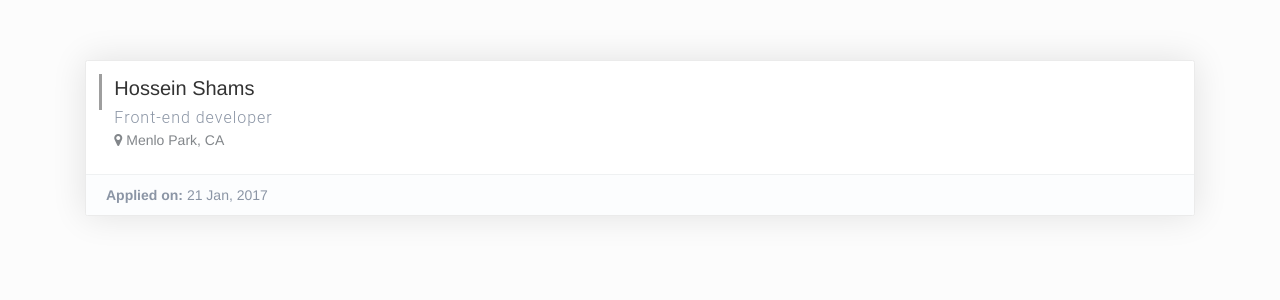
Repository: guddus326/Grass_Farm
Page: http://localhost/Grass_Farm/test.jsp
These files come from the project's save history. The page is drawn as it stood at one moment and after the next save; the edit follows.
The browser window is 1280 px wide. The pictures show the whole page.
Pictures or frames that could not be fetched are drawn as grey boxes. Some web libraries are served in a nearby version. The page is served by Tomcat 9. Other server files are loaded and not shown.

Above is the page before, as saved 2020-10-03 05:50:41.

### Grass_Farm/Grass_Farm/WebContent/test.jsp
<%@ page language="java" contentType="text/html; charset=UTF-8" pageEncoding="UTF-8"%>
<%@ page import="user.UserDAO"%>
<%@ page import="user.User" %>
<%@ page import="java.io.PrintWriter" %>
<%@ page import="java.util.ArrayList" %>
<!-- 자바 클래스 사용 -->
<% request.setCharacterEncoding("UTF-8"); %>
<!-- 한명의 회원정보를 담는 user클래스를 자바 빈즈로 사용 / scope:페이지 현재의 페이지에서만 사용-->
<jsp:useBean id="user" class="user.User" scope="page"/>
<jsp:setProperty property="userName" name="user"/>

<!DOCTYPE html>
<html>
<head>
<meta http-equiv="Content-Type" content="text/html; charset=UTF-8">
<link rel="stylesheet" href="css/bootstrap.min.css">
<link href="https://maxcdn.bootstrapcdn.com/font-awesome/4.3.0/css/font-awesome.min.css" rel="stylesheet">
<title>잔디공작소</title>
<style>
body{
    background:#FCFCFC;
}
.pr-12 {
    padding-right: 12px !important;
}

.mb-20 {
    margin-bottom: 20px !important;
}

.b-1 {
    border: 1px solid #ebebeb !important;
}

.card {
    border: 0;
    border-radius: 0;
    margin-bottom: 30px;
    -webkit-transition: .5s;
    transition: .5s;
}

.card {
    position: relative;
    display: -ms-flexbox;
    display: flex;
    -ms-flex-direction: column;
    flex-direction: column;
    min-width: 0;
    word-wrap: break-word;
    background-color: #fff;
    background-clip: border-box;
    border: 1px solid rgba(0,0,0,.125);
    border-radius: .25rem;
}

.media {
    padding: 16px 12px;
    -webkit-transition: background-color .2s linear;
    transition: background-color .2s linear;
}

.media {
    display: -ms-flexbox;
    display: flex;
    -ms-flex-align: start;
    align-items: flex-start;
}

.card-body {
    -ms-flex: 1 1 auto;
    flex: 1 1 auto;
    padding: 1.25rem;
}

.media .avatar {
    flex-shrink: 0;
}

.no-radius {
    border-radius: 0 !important;
}

.avatar-xl {
    width: 64px;
    height: 64px;
    line-height: 64px;
    font-size: 1.25rem;
}

.avatar {
    position: relative;
    display: inline-block;
    width: 36px;
    height: 36px;
    line-height: 36px;
    text-align: center;
    border-radius: 100%;
    background-color: #f5f6f7;
    color: #8b95a5;
    text-transform: uppercase;
}

img {
    max-width: 100%;
}

img {
    vertical-align: middle;
    border-style: none;
}

.mb-2 {
    margin-bottom: .5rem!important;
}

.fs-20 {
    font-size: 20px !important;
}

.pr-16 {
    padding-right: 16px !important;
}

.ls-1 {
    letter-spacing: 1px !important;
}

.fw-300 {
    font-weight: 300 !important;
}

.fs-16 {
    font-size: 16px !important;
}

.media-body>* {
    margin-bottom: 0;
}

small, time, .small {
    font-family: Roboto,sans-serif;
    font-weight: 400;
    font-size: 11px;
    color: #8b95a5;
}

.fs-14 {
    font-size: 14px !important;
}

.mb-12 {
    margin-bottom: 12px !important;
}

.text-fade {
    color: rgba(77,82,89,0.7) !important;
}

.card-footer:last-child {
    border-radius: 0 0 calc(.25rem - 1px) calc(.25rem - 1px);
}

.card-footer {
    background-color: #fcfdfe;
    border-top: 1px solid rgba(77,82,89,0.07);
    color: #8b95a5;
    padding: 10px 20px;
}

.flexbox {
    display: -webkit-box;
    display: flex;
    -webkit-box-pack: justify;
    justify-content: space-between;
}

.align-items-center {
    -ms-flex-align: center!important;
    align-items: center!important;
}

.card-footer {
    padding: .75rem 1.25rem;
    background-color: rgba(0,0,0,.03);
    border-top: 1px solid rgba(0,0,0,.125);
}


.card-footer {
    background-color: #fcfdfe;
    border-top: 1px solid rgba(77, 82, 89, 0.07);
    color: #8b95a5;
    padding: 10px 20px
}

.card-footer>*:last-child {
    margin-bottom: 0
}

.hover-shadow {
    -webkit-box-shadow: 0 0 35px rgba(0, 0, 0, 0.11);
    box-shadow: 0 0 35px rgba(0, 0, 0, 0.11)
}

.fs-10 {
    font-size: 10px !important;
}
</style>
</head>
<body>
<link href="https://maxcdn.bootstrapcdn.com/font-awesome/4.3.0/css/font-awesome.min.css" rel="stylesheet">
<br>
<br>
<br>
<div class="container">
<div class="col-md-12">
    <div class="card b-1 hover-shadow mb-20">
        <div class="media card-body">
            <div class="media-left pr-12">
                <img class="avatar avatar-xl no-radius" src="https://bootdey.com/img/Content/avatar/avatar1.png" alt="...">
            </div>
            <div class="media-body">
                <div class="mb-2">
                    <span class="fs-20 pr-16">Hossein Shams</span>
                </div>
                <small class="fs-16 fw-300 ls-1">Front-end developer</small><br>
                <p class="fs-14 text-fade mb-12"><i class="fa fa-map-marker pr-1"></i> Menlo Park, CA</p>
            </div>
        </div>
        <footer class="card-footer flexbox align-items-center">
            <div>
                <strong>Applied on:</strong>
                <span>21 Jan, 2017</span>
            </div>
        </footer>
    </div>




</div>
</div>
</body>
</html>

### Grass_Farm/Grass_Farm/src/user/User.java
package user;

public class User {
	private String userID;
	private String userPass;
	private String userPassCheck;
	private String userName;
	private String userEmail;
	public String getUserID() {
		return userID;
	}
	public void setUserID(String userID) {
		this.userID = userID;
	}
	public String getUserPass() {
		return userPass;
	}
	public void setUserPass(String userPass) {
		this.userPass = userPass;
	}
	public String getUserName() {
		return userName;
	}
	public void setUserName(String userName) {
		this.userName = userName;
	}
	public String getUserEmail() {
		return userEmail;
	}
	public void setUserEmail(String userEmail) {
		this.userEmail = userEmail;
	}
	public String getUserPassCheck() {
		return userPassCheck;
	}
	public void setUserPassCheck(String userPassCheck) {
		this.userPassCheck = userPassCheck;
	}




}

Loaded but not shown: Grass_Farm/Grass_Farm/WebContent/css/bootstrap.min.css (library)

After the next save:
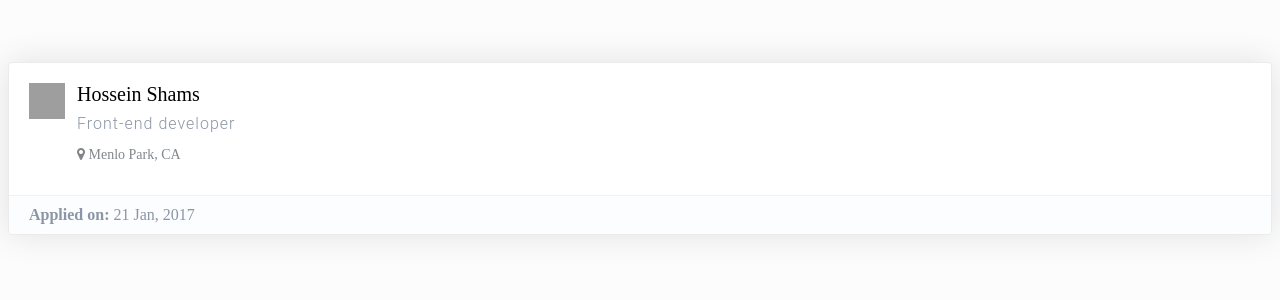
Saved 8 s later.
--- a/Grass_Farm/Grass_Farm/WebContent/test.jsp
+++ b/Grass_Farm/Grass_Farm/WebContent/test.jsp
@@ -1,21 +1,10 @@
-<%@ page language="java" contentType="text/html; charset=UTF-8" pageEncoding="UTF-8"%>
-<%@ page import="user.UserDAO"%>
-<%@ page import="user.User" %>
-<%@ page import="java.io.PrintWriter" %>
-<%@ page import="java.util.ArrayList" %>
-<!-- 자바 클래스 사용 -->
-<% request.setCharacterEncoding("UTF-8"); %>
-<!-- 한명의 회원정보를 담는 user클래스를 자바 빈즈로 사용 / scope:페이지 현재의 페이지에서만 사용-->
-<jsp:useBean id="user" class="user.User" scope="page"/>
-<jsp:setProperty property="userName" name="user"/>
-
+<%@ page language="java" contentType="text/html; charset=EUC-KR"
+    pageEncoding="EUC-KR"%>
 <!DOCTYPE html>
 <html>
 <head>
-<meta http-equiv="Content-Type" content="text/html; charset=UTF-8">
-<link rel="stylesheet" href="css/bootstrap.min.css">
-<link href="https://maxcdn.bootstrapcdn.com/font-awesome/4.3.0/css/font-awesome.min.css" rel="stylesheet">
-<title>잔디공작소</title>
+<meta charset="EUC-KR">
+<title>Insert title here</title>
 <style>
 body{
     background:#FCFCFC;
